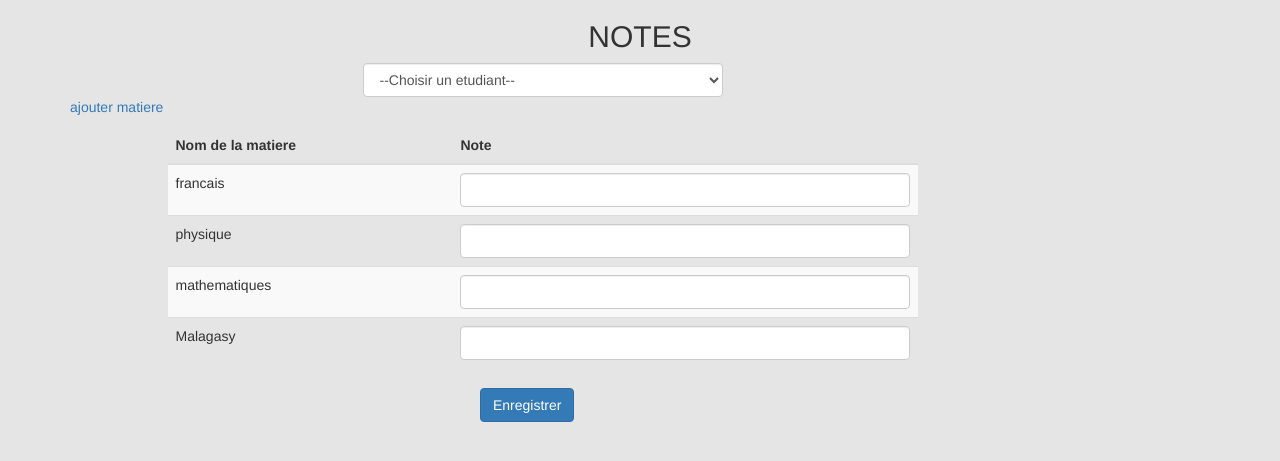
Repository: mitantsoa1/CRUD-note
Page: http://localhost/note
These files come from the project's save history. The page is drawn as it stood at one moment and after the next save; the edit follows.
The browser window is 1280 px wide. The pictures show the whole page.
The page is run by PHP 8.4 with error messages shown; the project is at /var/www/html/. The database holds what the project's SQL file puts in it.

Above is the page before, as saved 2021-02-12 08:14:48.
Console error: SyntaxError: Unexpected token '<'

### index.php
<?php

require_once ("Controls/Controllers.class.php");
// require_once ("Models/Database.class.php");
// Database::init("localhost","stage","root","");

if(isset($_GET['action'])){
    if(method_exists("Controllers",$_GET['action'])){
        $reflect = new ReflectionMethod("Controllers",$_GET['action']);
        $class = "Controllers";
        $reflect -> invoke(new $class);
    }else{
        Controllers::loadView("erreur.php");
    }
}else{
    Controllers::loadView("indexView.php");
}

?>

### Controls/Controllers.class.php
<?php
	class Controllers{

		public static function loadView($page){
			$page = htmlspecialchars(trim($page)) ;
			include("Views/".$page) ;
		}
		public function index(){
			Controllers::loadView("indexView");
		}
		// pour inclure les portions de page
		public static function includeTemplate($template)
		{
			$template = htmlspecialchars(trim($template));
			include "Views/template_parts/" . $template;
		}
		// inclure du JavaScript
		public static function includeJS($fields)
		{
			$script = "";
			for ($i = 0; $i < count($fields) - 1; $i++) {
				$code = htmlspecialchars(trim($fields[$i]));
				$script .= '<script src="Publics/js/' . $code . '.js"></script>' . "\n\t";
			}
			if ($i == count($fields) - 1) {
				$code = htmlspecialchars(trim($fields[count($fields) - 1]));
				$script .= '<script src="Publics/js/' . $code . '.js"></script>' . "\n";
			}
			echo $script;
		}
		// inclure du CSS
		public static function includeCSS($fields)
		{
			$css = "";
			for ($i = 0; $i < count($fields) - 1; $i++) {
				$code = htmlspecialchars(trim($fields[$i]));
				$css .= '<link rel="stylesheet" href="Publics/css/' . $code . '.css">' . "\n\t";
			}
			if ($i == count($fields) - 1) {
				$code = htmlspecialchars(trim($fields[count($fields) - 1]));
				$css .= '<link rel="stylesheet" href="Publics/css/' . $code . '.css">' . "\n";
			}
			echo $css;
		}

		public function note(){
			Controllers::loadView("note.php");
		}
		public function matiere(){
			Controllers::loadView("matiere.php");
		}
	}

 ?>

### Views/note.php
<!DOCTYPE html>
<html lang="en">
<head>
    <meta charset="UTF-8">
    <meta http-equiv="X-UA-Compatible" content="IE=edge">
    <meta name="viewport" content="width=device-width, initial-scale=1.0">
    <title>note</title>
    <?php
Controllers::includeCSS(["all","bootstrap.min","sweetalert2.min","style","util"]);
?>
</head>
<body>
    <div class="container content-note">
            <h2 class="text-center">NOTES</h2>
        <form action="">
            <div class="row">
                <?php
                    include('Models/Database.class.php');
                    $db = new Database();
                    $tab = $db->select("etudiant")
                                ->execute(null);
                    echo "<div class='col-sm-4 col-sm-offset-3'> <select id='select_etudiant_note' class='form-control'> <option value='choisir' selected='selected'>--Choisir un etudiant--</option>";

                        for($i=0;$i<count($tab);$i++){
                            echo"
                                <option value='".$tab[$i]->id."'>".$tab[$i]->nom." ".$tab[$i]->prenom."</option>
                            ";
                        }

                    echo "</select></div>";


                ?>


            </div>
        </form>
        <a href="matiere" >ajouter matiere</a>
        <div class="nom"></div>
        <div class="row">
            <div class="matiere_table col-sm-8 col-sm-offset-1">matiere</div>
        </div>

    </div>


<?php
Controllers::includeJS(["jquery","bootstrap.min","all","sweetalert2.min","note"]);
?>
</body>
</html>

### Models/Database.class.php
<?php
class Database{
	private $query,$nombreParam, $lastTable;
	private static $conn,$host,$base,$user,$pass,$port ;
		// bd = new PDO("mysql:host=localhost;dbname=nom","user","pass")
		// initialisation
	public static function init($hote,$base,$port,$user,$pass) {
		self::$host=htmlspecialchars(trim($hote)) ;
		self::$base=htmlspecialchars(trim($base)) ;
		self::$user=htmlspecialchars(trim($user)) ;
		self::$pass=htmlspecialchars(trim($pass)) ;

	}
	public static function db() {
		$options = array(PDO::MYSQL_ATTR_INIT_COMMAND => 'SET NAMES utf8',
);


		$url ="mysql:host=".self::$host.";port=".self::$port.";dbname=".self::$base;
		if(!isset(self::$conn)) {
			self::$conn = new PDO($url,self::$user,self::$pass,$options);
		}
		return self::$conn ;

	}
		// execution du requete
	public function execute($value=null) {

			// tester s'il y des trous dans les requetes
			// si c'est une requete de selection
		if (strpos($this->query,"SELECT")>-1) {

			if (strpos($this->query,"?")>-1 ){
				$req = self::db()->prepare($this->query) ;
				$req->execute($value) ;
			}
			else {
				$req = self::db()->query($this->query) ;
			}


			return $req->fetchAll(PDO::FETCH_OBJ);
		}
		else {
			if (strpos($this->query,"?")>-1 ){
				$req = self::db()->prepare($this->query) ;
				$req->execute($value) ;

			}
			else {
				self::db()->query($this->query) ;
			}


			return 0 ;
		}



	}
	public function getQuery() {
		return $this->query ;
	}
	public function select($table){
		$table=htmlspecialchars(trim($table)) ;
		$this->query = "SELECT * FROM ".$table ;
		$this->lastTable =$table ;
		return $this ;
	}
	public function where($id,$operateur){
		$this->query .= " WHERE ".$id."".$operateur."?";

		return $this ;
	}
	public function et($id,$operateur) {
		$this->query .= " AND ".$id."".$operateur."?";

		return $this ;
	}
	public function ou($id,$operateur) {
		$this->query .= " OR ".$id."".$operateur."?";

		return $this ;
	}
		// insertion
	public function insert($table) {
		$this->query="INSERT INTO ".$table ;
		return $this ;
	}
	// mise à jours
	public function update($table) {
		$this->query="UPDATE ".$table ;
		return $this ;
	}
	public function parametters($fields) {
		if (strpos($this->query,"INSERT")>-1){
			// insertion
			$listeFields="(" ;
			$valeur="VALUES (" ;
			for ($i=0; $i <count($fields) ; $i++) {
				$listeFields.=$fields[$i]."," ;
				$valeur.="?," ;
			}

			$listeFields=trim($listeFields,",").")" ;

			$valeur=trim($valeur,",").")" ;
			$this->query.=" ".$listeFields ;
			$this->query.=" ".$valeur ;
		}
		else if (strpos($this->query,"UPDATE")>-1){
			$listeFields="SET " ;
			for ($i=0; $i <count($fields); $i++) {
				$listeFields.=$fields[$i]."=?," ;
			}
			$listeFields=trim($listeFields,",") ;
			$this->query.=" ".$listeFields ;
		}

		return $this ;
	}

		// suppréssion
	public function delete($table) {
		$table=htmlspecialchars(trim($table)) ;
		$this->query=" DELETE FROM ".$table;
		return $this ;
	}
	public function order($param) {
		$this->query.=" ORDER BY " ;
		$listeOrder="" ;
		foreach ($param as $key => $value) {
			$listeOrder.=$key. " ".$value."," ;
		}
		$listeOrder=trim($listeOrder,",") ;
		$this->query.=$listeOrder ;
		return $this ;
	}
	public function inner($table2,$id1) {
		$table2=htmlspecialchars(trim($table2)) ;
		$id1= htmlspecialchars(trim($id1)) ;

		$this->query.=" INNER JOIN ".$table2." ON ".$this->lastTable.".".$id1."=".$table2.".".$id1 ;
		$this->lastTable=$table2;
		return $this;
	}
	// inner join id différent
	public function innerD($table2,$id1,$id2) {
		$table2=htmlspecialchars(trim($table2)) ;
		$id1= htmlspecialchars(trim($id1)) ;

		$this->query.=" INNER JOIN ".$table2." ON ".$this->lastTable.".".$id1."=".$table2.".".$id2 ;
		$this->lastTable=$table2;
		return $this;
	}
	public function sum($table,$fields) {
		$fields = htmlspecialchars(trim($fields)) ;
		$table = htmlspecialchars(trim($table)) ;
		$this->query="SELECT SUM(".$fields.") AS somme FROM ".$table ;
		return $this ;
	}
	// selection avec paramètre
	public function selectParam($table,$listeFields) {
		$reqBase ="SELECT " ;
		for ($i=0; $i <count($listeFields) ; $i++) {
			$reqBase.=$listeFields[$i]."," ;
		}
		$this->query = trim($reqBase,",")." FROM ".$table;
		return $this ;


	}
	public function customSelect($requete) {
		$req = self::db()->query($requete) ;

		return $req->fetchAll(PDO::FETCH_OBJ);
	}

}
	Database::init("localhost","scolarite","3306","root","");

	//ALTER TABLE `note` ADD `francais` IF NOT EXISTS DOUBLE NOT NULL DEFAULT '0.0'
	$db = new Database();
 $tab = $db->select("note")
                    ->where("id_etudiant","=")
                    ->innerD("etudiant","id_etudiant","id")
					->getQuery();
?>

### Views/erreur.php
<!DOCTYPE html>
<html lang="fr">
<head>
    <meta charset="UTF-8">
    <meta name="viewport" content="width=device-width, initial-scale=1.0">
    <title>Page invalide</title>
</head>
<body>
    <h1>ERROR 404</h1>

        <p>Cette page n'est pas disponible</p>
</body>
</html>

### Controls/ajax.php
<?php
    include("../Models/Database.class.php");
    header('Content-type: application/json');
    $db = new Database();

    if(isset($_POST['data'])){
        $tab = $db->select("etudiant")
                ->execute();
        echo json_encode($tab);
    }

    if(isset($_POST['nom'])){
        $nom = htmlspecialchars(trim($_POST['nom']));
        $prenom = htmlspecialchars(trim($_POST['prenom']));
        $dtn = htmlspecialchars(trim($_POST['date_naissance']));
        $sexe = $_POST['sexe'];

        $db->insert("etudiant")
            ->parametters(["nom","prenom","date_de_naissance","sexe"])
            ->execute([$nom,$prenom,$dtn,$sexe]);
        echo json_encode("ok");
    }

    if(isset($_POST['id_effacer'])){
        $db->delete("etudiant")
            ->where("id","=")
            ->execute([$_POST['id_effacer']]);
        echo json_encode("effacer");
    }

    if(isset($_POST['id_modifier'])){
        $tab=$db->select("etudiant")
            ->where("id","=")
            ->execute([$_POST['id_modifier']]);
        echo json_encode($tab);
    }
    if(isset($_POST['nom_modif'])){
        $nom = htmlspecialchars(trim($_POST['nom_modif']));
        $prenom = htmlspecialchars(trim($_POST['prenom']));
        $dtn = htmlspecialchars(trim($_POST['date_naissance']));
        $sexe = $_POST['sexe'];
        $id = htmlspecialchars(trim($_POST["id"]));

        $db->update("etudiant")
            ->parametters(["nom","prenom","date_de_naissance","sexe"])
            ->where("id","=")
            ->execute([$nom,$prenom,$dtn,$sexe,$id]);
        echo json_encode("ok");
    }

    if(isset($_POST['etudiant'])){
        $tab=$db->select("etudiant")
                ->where("id","=")
                ->execute([$_POST['etudiant']]);
        echo json_encode($tab);
    }

    if(isset($_POST["affiche_matiere"])){
        $tab=$db->select("matiere")
                ->execute(null);
        echo json_encode($tab);
    }

    if(isset($_POST["nom_matiere"])){
        $matiere = htmlspecialchars(trim($_POST["nom_matiere"]));
        $tab=$db->select("matiere")
                ->where("nom_matiere","=")
                ->execute([$matiere]);

                if(count($tab)>0){
                    echo json_encode("non");
                }else{
                    $db->insert("matiere")
                        ->parametters(["nom_matiere"])
                        ->execute([$matiere]);
                        //APINA ALTER TABLE
                    echo json_encode("ok");
                }
    }

    if(isset($_POST['id_mat_effacer'])){
        $db->delete("matiere")
            ->where("id_matiere","=")
            ->execute([$_POST['id_mat_effacer']]);
        echo json_encode("effacer");
    }

    if(isset($_POST['id_mat_modifier'])){
        $tab=$db->select("matiere")
            ->where("id_matiere","=")
            ->execute([$_POST['id_mat_modifier']]);
        echo json_encode($tab);
    }
    if(isset($_POST['nom_mat_modif'])){
        $matiere = htmlspecialchars(trim($_POST['nom_mat_modif']));
        $id = htmlspecialchars(trim($_POST["id"]));

        $db->update("matiere")
            ->parametters(["nom_matiere"])
            ->where("id_matiere","=")
            ->execute([$matiere,$id]);
        echo json_encode("ok");
    }

    if(isset($_POST['affiche_note'])){
        $tab = $db->select("matiere")
                    ->execute(null);

        echo json_encode($tab);

    }

    if(isset($_POST['id_etudiant'])){
        $tab = $db->select("note")
                    ->where("id_etudiant","=")
                    ->innerD("etudiant","id_etudiant","id")
                    ->execute([$_POST['id_etudiant'],$_POST['id_etudiant']]);

                    echo json_encode($tab);
    }

?>

### Publics/css/style.css
body {
    margin: 0;
    padding: 0;
    background: rgba(0, 0, 0, .1);
}

.content {
    width: 50vw;
    min-width: 300px;
    background: white;
    padding: 10px 20px 0 !important;
    margin: 10px auto;
    border: white 1px solid !important;
    border-radius: 10px !important;
}

.content .titre {
    padding: 0;
    margin: 0;
}

.boutton {
    display: block;
    margin: 0 auto;
    width: 100px;
}

#btn_modification {
    margin-left: 30%;
}

.table_etudiant {
    position: relative;
    height: auto;
    max-height: 150px;
    overflow: auto;
}

.table_etudiant thead {
    position: sticky;
    top: 0;
    background: black;
    color: white;
}

### scolarite.sql (the tables this page reads)
CREATE TABLE IF NOT EXISTS `etudiant` (
  `id` int(11) NOT NULL AUTO_INCREMENT,
  `nom` varchar(255) NOT NULL,
  `prenom` varchar(255) NOT NULL,
  `date_de_naissance` date NOT NULL,
  `sexe` varchar(30) NOT NULL,
  PRIMARY KEY (`id`)
) ENGINE=MyISAM AUTO_INCREMENT=9 DEFAULT CHARSET=utf8;

INSERT INTO `etudiant` (`id`, `nom`, `prenom`, `date_de_naissance`, `sexe`) VALUES
(5, 'mitantsoa', 'mi', '2021-01-26', 'femme'),
(8, 'rabe', 'be', '2021-01-25', 'femme');

CREATE TABLE IF NOT EXISTS `matiere` (
  `id_matiere` int(11) NOT NULL AUTO_INCREMENT,
  `nom_matiere` varchar(255) NOT NULL,
  PRIMARY KEY (`id_matiere`)
) ENGINE=MyISAM AUTO_INCREMENT=8 DEFAULT CHARSET=utf8;

INSERT INTO `matiere` (`id_matiere`, `nom_matiere`) VALUES
(1, 'francais'),
(7, 'physique'),
(3, 'mathematiques'),
(6, 'Malagasy');

Loaded but not shown: Publics/css/all.css (library); Publics/css/bootstrap.min.css (library); Publics/css/sweetalert2.min.css (library); Publics/js/jquery.js (library); Publics/js/bootstrap.min.js (library); Publics/js/note.js (51 lines, source omitted); Publics/css/util.css (9878 lines, source omitted)

After the next save:
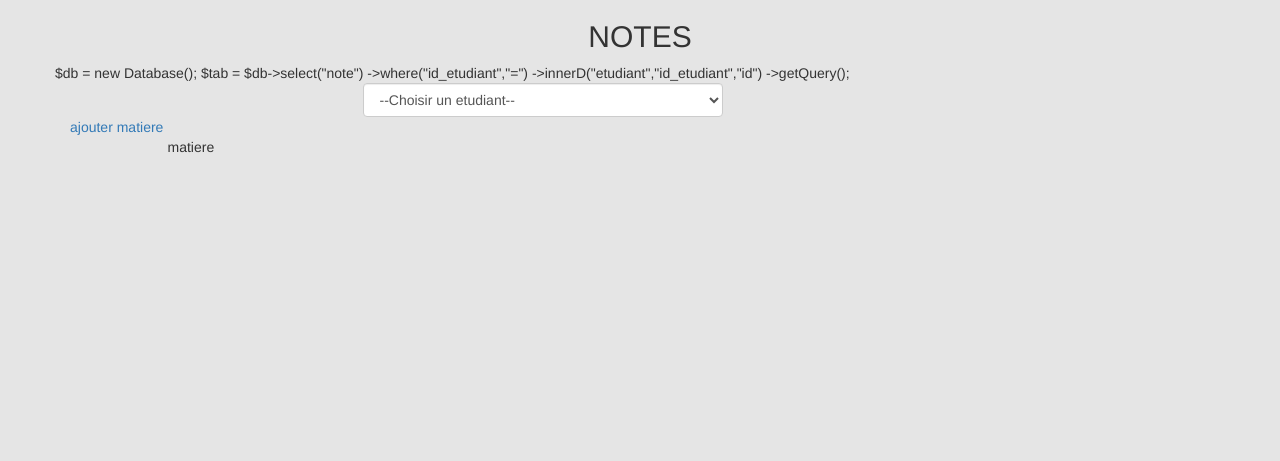
Saved 2 min 10 s later.
--- a/Models/Database.class.php
+++ b/Models/Database.class.php
@@ -180,9 +180,10 @@
 	Database::init("localhost","scolarite","3306","root","");
 
 	//ALTER TABLE `note` ADD `francais` IF NOT EXISTS DOUBLE NOT NULL DEFAULT '0.0'
+
+?>
 	$db = new Database();
  $tab = $db->select("note")
                     ->where("id_etudiant","=")
                     ->innerD("etudiant","id_etudiant","id")
 					->getQuery();
-?>

After the save that followed:
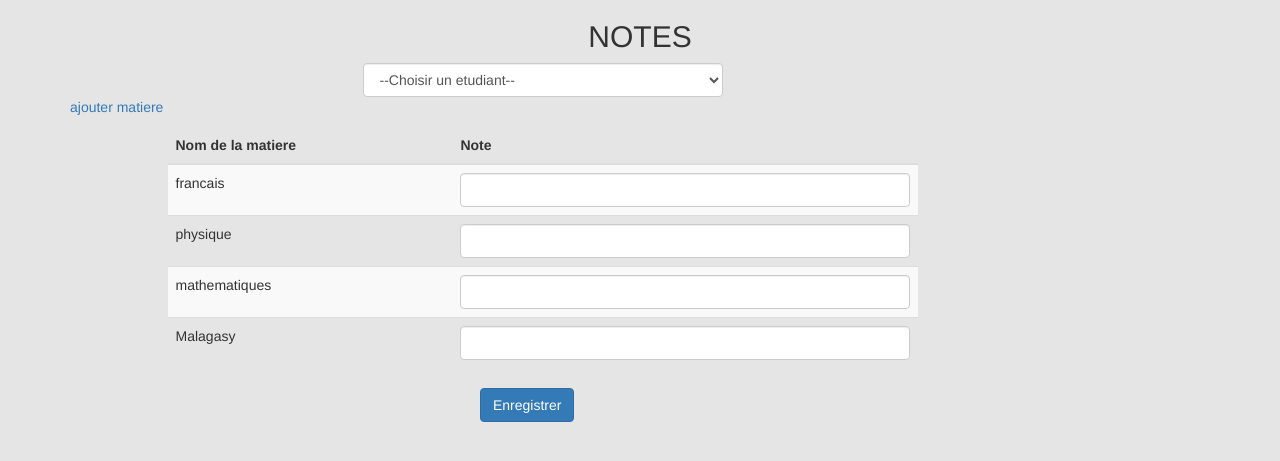
Saved 31 s later.
--- a/Models/Database.class.php
+++ b/Models/Database.class.php
@@ -180,10 +180,9 @@
 	Database::init("localhost","scolarite","3306","root","");
 
 	//ALTER TABLE `note` ADD `francais` IF NOT EXISTS DOUBLE NOT NULL DEFAULT '0.0'
-
-?>
-	$db = new Database();
+$db = new Database();
  $tab = $db->select("note")
                     ->where("id_etudiant","=")
                     ->innerD("etudiant","id_etudiant","id")
 					->getQuery();
+?>
